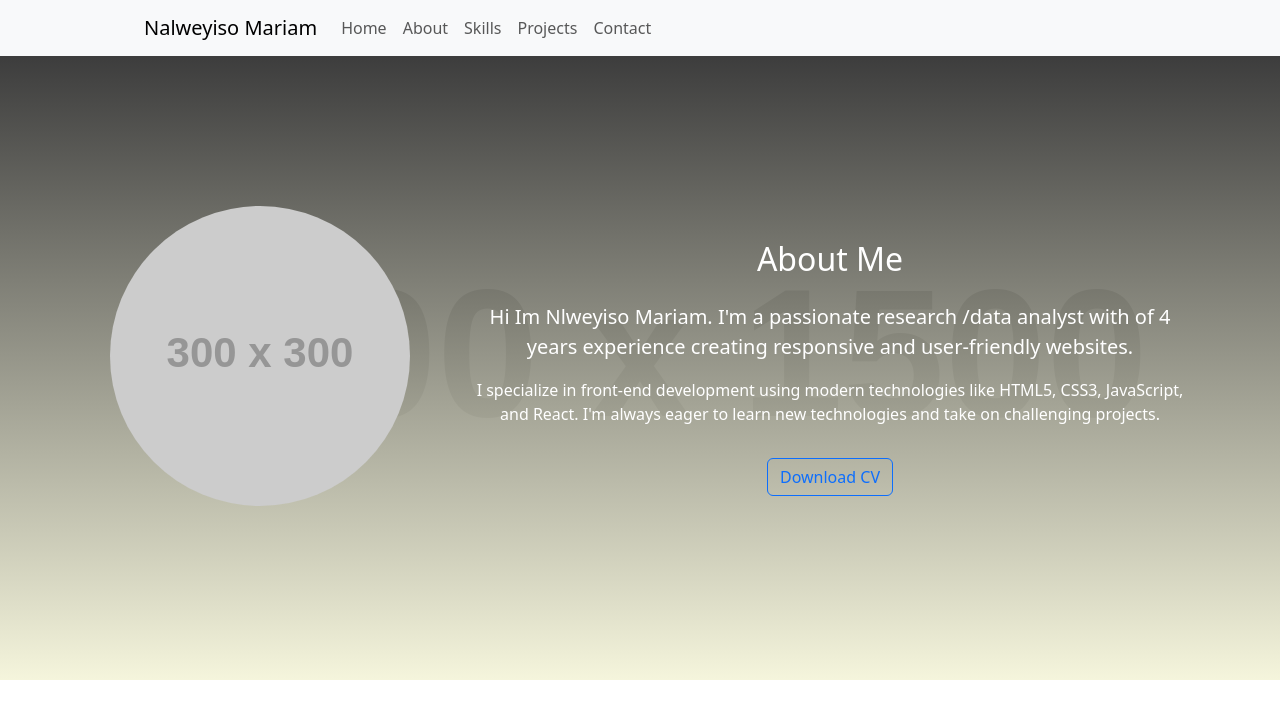
Repository: NalweMari/My-Personal-Portfolio
Page: index.html
The author's editor kept a copy of each file at every save. The page is drawn from the files as they stood at one save, then again after a run of saves.
The browser window is 1280 px wide. The pictures show the whole page.

Above is the page before, as saved 2025-11-27 12:45:38.
Console error (its wording comes from the project's code and is left out).

After the next 2 saves:
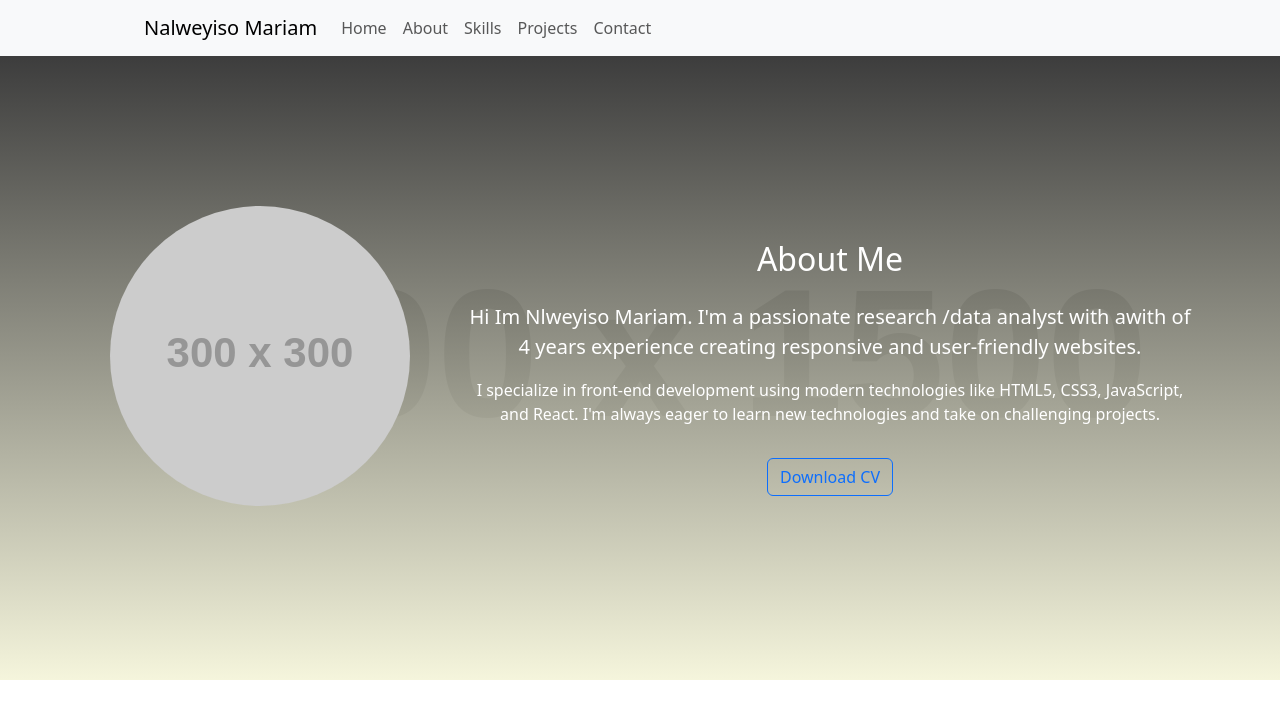
The 2 saves are shown as one change because they came seconds apart.
The last was saved 8 s later.
--- a/index.html
+++ b/index.html
@@ -52,7 +52,7 @@
                 </div>
                 <div class="col-md-8">
                     <h2 class="mb-4">About Me</h2>
-                    <p class="lead">Hi Im Nlweyiso Mariam. I'm a passionate research /data analyst with  of 4 years experience creating responsive and user-friendly websites.</p>
+                    <p class="lead">Hi Im Nlweyiso Mariam. I'm a passionate research /data analyst with awith  of 4 years experience creating responsive and user-friendly websites.</p>
                     <p>I specialize in front-end development using modern technologies like HTML5, CSS3, JavaScript, and React. I'm always eager to learn new technologies and take on challenging projects.</p>
                     <a href="#" class="btn btn-outline-primary mt-3">Download CV</a>
                 </div>

After the save that followed:
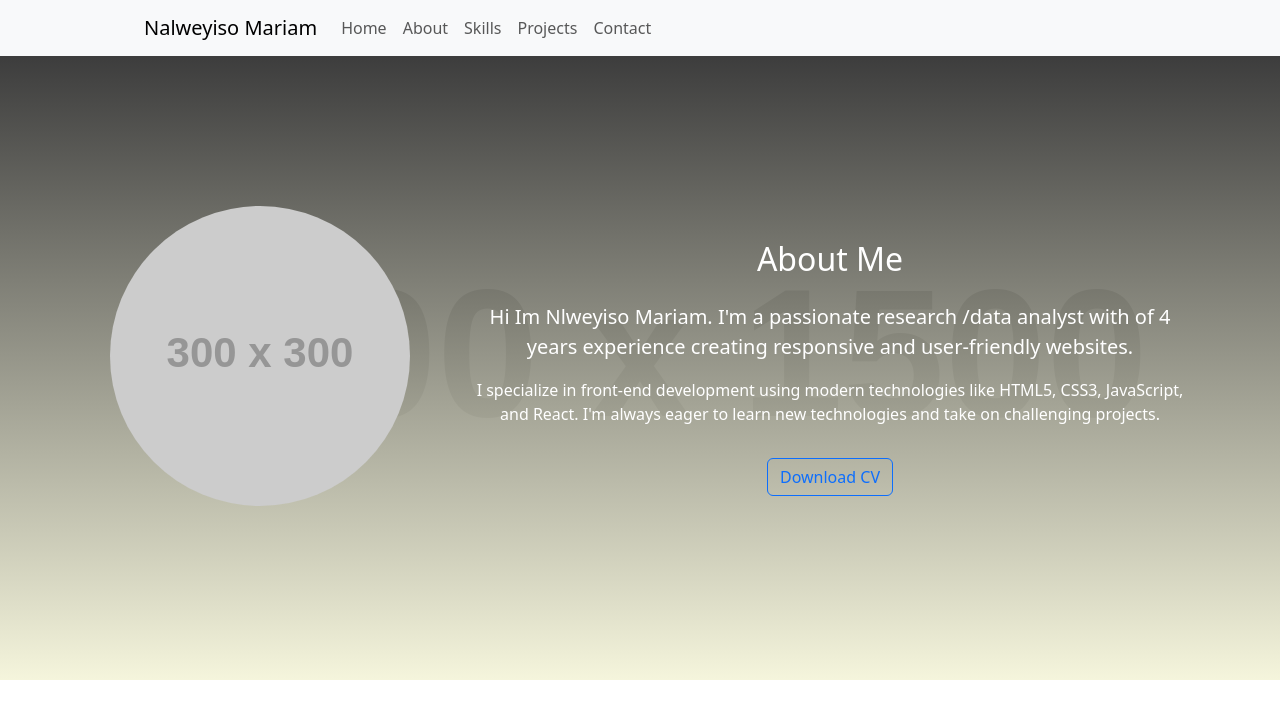
Saved 5 s later.
--- a/index.html
+++ b/index.html
@@ -52,7 +52,7 @@
                 </div>
                 <div class="col-md-8">
                     <h2 class="mb-4">About Me</h2>
-                    <p class="lead">Hi Im Nlweyiso Mariam. I'm a passionate research /data analyst with awith  of 4 years experience creating responsive and user-friendly websites.</p>
+                    <p class="lead">Hi Im Nlweyiso Mariam. I'm a passionate research /data analyst with  of 4 years experience creating responsive and user-friendly websites.</p>
                     <p>I specialize in front-end development using modern technologies like HTML5, CSS3, JavaScript, and React. I'm always eager to learn new technologies and take on challenging projects.</p>
                     <a href="#" class="btn btn-outline-primary mt-3">Download CV</a>
                 </div>
